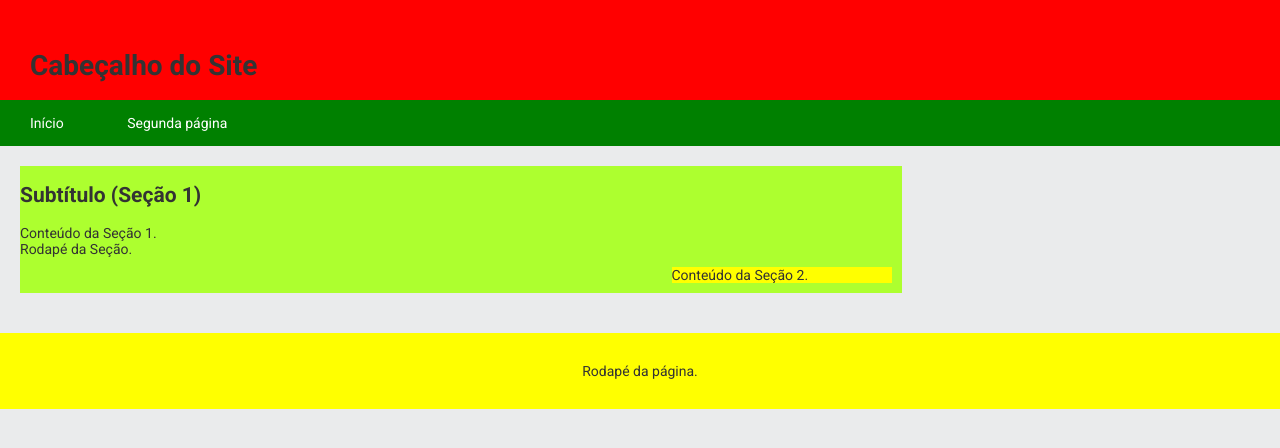
Repository: rrresck/pos_graduacao
Page: index.html
The author's editor kept a copy of each file at every save. The page is drawn from the files as they stood at one save, then again after the next save.
The browser window is 1280 px wide. The pictures show the whole page.

Above is the page before, as saved 2023-05-04 11:30:29.

### index.html
<!DOCTYPE html>
<html lang="pt-BR">
<head>
    <meta charset="UTF-8">
    <meta http-equiv="X-UA-Compatible" content="IE=edge">
    <meta name="viewport" content="width=device-width, initial-scale=1.0">
    <meta name="author" content="Rafael Rodrigues Resck">
    <meta name="description" content="Template inicial do HTML.">
    <link rel="stylesheet" href="css/styles.css">
    <title>Tema 5 - Bloco 1</title>
</head>
<body>
    <header class="cabecalho">
        <h1>Cabeçalho do Site</h1>
    </header>
    <nav class="menu">
        <ul>
            <li><a href="index.html">Início</a></li>
            <li><a href="#">Segunda página</a></li>
        </ul>
    </nav>
    <div class="row">
        <section id="secao1">
            <header>
                <h2>Subtítulo (Seção 1)</h2>
            </header>
            <article>
                Conteúdo da Seção 1.
            </article>
            <footer>
                Rodapé da Seção.
            </footer>
            <aside id="secao2">
                Conteúdo da Seção 2.
            </aside>
        </section>
    </div>
    <footer class="rodape">
        Rodapé da página.
    </footer>
</body>
</html>

### css/styles.css
@import url("https://fonts.googleapis.com/css?family=Roboto:400,500,700&display=swap");

body {
    margin: 0;
    padding: 0;
    font: 14px "Roboto", sans-serif;
    color: #333;
    background: #eaebec;
    -webkit-font-smoothing: antialiased !important;
}

.cabecalho {
    height: 40px;
    padding: 30px;
    text-align: left;
    background: red;
    overflow: hidden;
}

.menu {
    background-color: green;
    overflow: hidden;
}

.menu ul {
    margin-right: 10%;
    margin-left: 10%;
}

.menu ul, li {
    padding: 0;
    margin: 0;
}

.menu li, a {
    color: #ffffff;
    text-decoration: none;
    display: inline-block;
}

.menu a {
    padding: 15px 30px;
}

.menu a:hover {
    background-color: white;
    color: black;
}

.row {
    padding: 10px;
}

#secao1 {
    float: left;
    width: 70%;
    background-color: greenyellow;
    margin: 10px;
}

#secao2 {
    float: right;
    width: 25%;
    background-color: yellow;
    margin: 10px;
}

.row::after {
    content: "";
    display: table;
    clear: both;
}

.rodape {
    padding: 30px;
    background: yellow;
    text-align: center;
    margin-top: 20px;
}

After the next save:
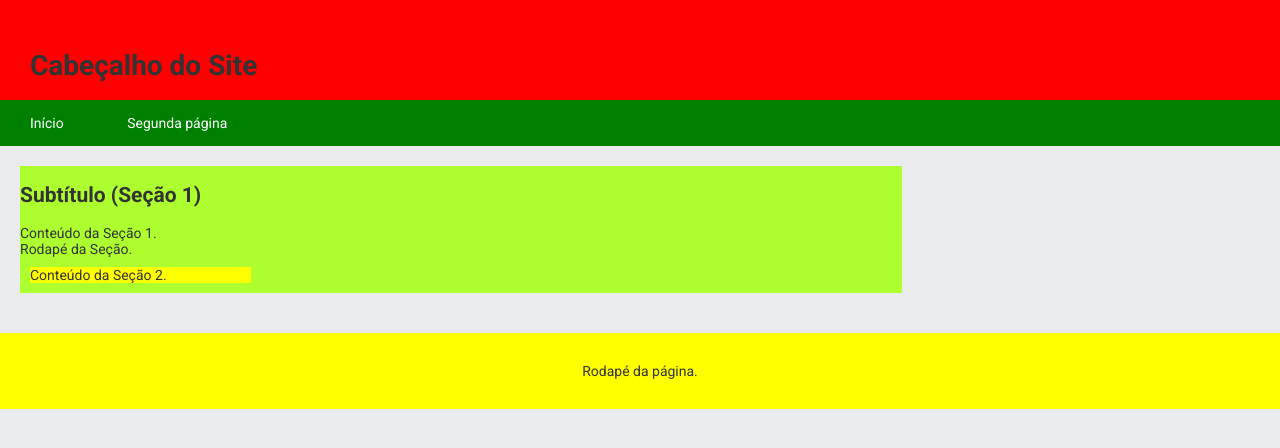
Saved 17 s later.
--- a/css/styles.css
+++ b/css/styles.css
@@ -59,7 +59,6 @@ body {
 }
 
 #secao2 {
-    float: right;
     width: 25%;
     background-color: yellow;
     margin: 10px;
